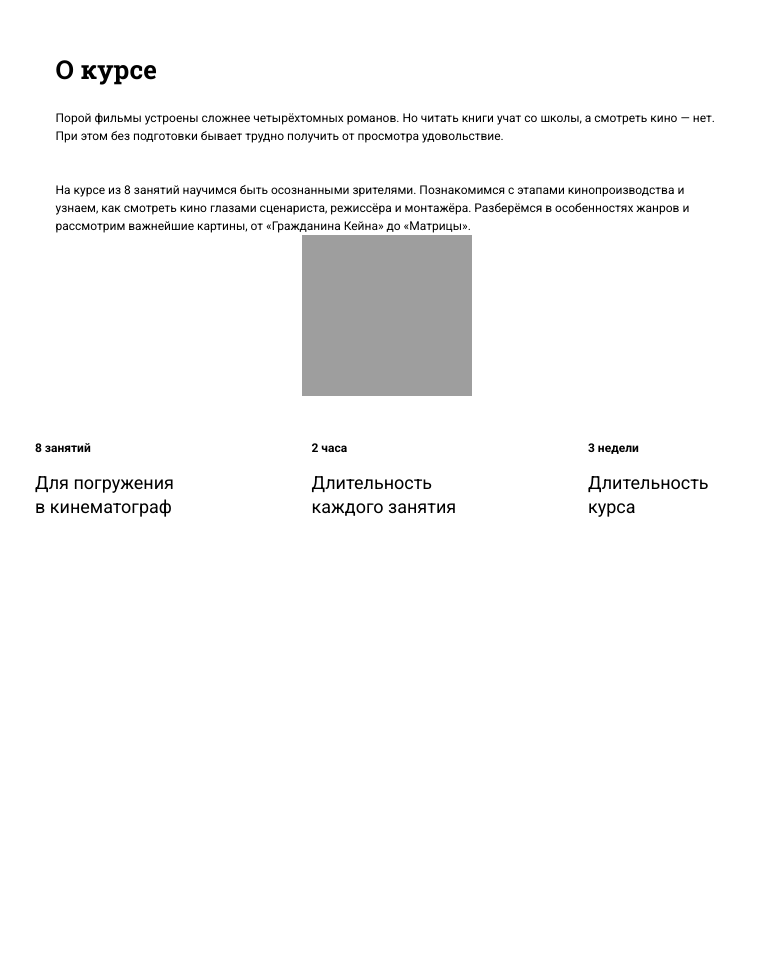
Repository: PoladEziz/Task1
Page: index.html
The author's editor kept a copy of each file at every save. The page is drawn from the files as they stood at one save, then again after the next save.
The browser window is 768 px wide. The pictures show the whole page.
Pictures or frames that could not be fetched are drawn as grey boxes.

Above is the page before, as saved 2023-04-27 17:59:37.

### index.html
<!DOCTYPE html>
<html lang="en">
  <head>
    <meta charset="UTF-8" />
    <meta http-equiv="X-UA-Compatible" content="IE=edge" />
    <meta name="viewport" content="width=device-width, initial-scale=1.0" />
    <title>adasdasd</title>
    <link rel="stylesheet" href="index.css" />
  </head>

  <body>
    <div class="main">
      <div class="box-1">
        <div class="text">
          <h1>О курсе</h1>
          <p>
            Порой фильмы устроены сложнее четырёхтомных романов. Но читать книги
            учат со школы, а смотреть кино — нет. При этом без подготовки бывает
            трудно получить от просмотра удовольствие.
          </p>
          <br /><br />
          <p>
            На курсе из 8 занятий научимся быть осознанными зрителями.
            Познакомимся с этапами кинопроизводства и узнаем, как смотреть кино
            глазами сценариста, режиссёра и монтажёра. Разберёмся в особенностях
            жанров и рассмотрим важнейшие картины, от «Гражданина Кейна» до
            «Матрицы».
          </p>
        </div>
        <img
          src="https://s3-alpha-sig.figma.com/img/700f/a5d1/2fd4df2196094d27a25913b781083a43?Expires=1683504000&Signature=nglUvN9s2lmPPVN48y2Y0hje6rv9y-ZxyaCjWLG59mlRSS4jV6APjJjE1Qh0lePMNSdZkIqa8URjv9tLS0Lq5V~crX~j24sP1NXhmgp5NbgOsASDAz1U-yw9i~DtPnMPsVhomOpRD4VaFzhZyLk58TE747Oawf0ABW3Jg~zbXi01XlO56aSapLV4uhmYaT85CgyWqLvtw4r0syRYYB1twfTpnKSh1dbF~vctb0WSBour2augwem0VxyoWGfCia1CoIaEwTU4tVdl7wlQQfpULuF-Uj0JU7QzuhyEJTpGdQN7Cr54sazzSv7ZZ4xmwi4MAeS3oUxEZLGARYXn0b7tuA__&Key-Pair-Id=APKAQ4GOSFWCVNEHN3O4"
          alt="Cameraman"
          width="314"
          height="315"
        />
      </div>

      <div class="box-2">
        <img
          src="https://s3-alpha-sig.figma.com/img/f1e5/6721/d2a2f70911544c4cdaee91da5d81cd91?Expires=1683504000&Signature=cmFTzs0jmfDBejlTfwePAFbhIv5YBv6W8UtUb586Cjhf1648GpiKKrpij3znsSTTSyxDMk5EwnsVbh1d7ZTJtFlG~IZ5Zri634KBfanQq41WzsAmoGy6VL3Y6go9IsF3bIoV6y-Woix3UPnsb0YfV19VM8oKhse5i~mL9kg9Qf6dtK0IN5c5XbxESaD4nOpGLSjHrzVdo0eyfacxJMC9DMd9yMPHxoJykCwa0NEizbalYLkAEQteNu8TvBAH4NbFUSr5Q1jf6fh5mqLWqtcaTMRds52UDj07mr1HciXfR8IKppwWn6xj2U1sx5TWYSe6bkBoVRhIQ4cABtwbKnlYHA__&Key-Pair-Id=APKAQ4GOSFWCVNEHN3O4"
          alt="Productor"
          width="232"
          height="203"
        />
        <ul>
          <li>
            <h3>8 занятий</h3>
            <p>Для погружения в кинематограф</p>
          </li>
          <li>
            <h3>2 часа</h3>
            <p>Длительность каждого занятия</p>
          </li>
          <li>
            <h3>3 недели</h3>
            <p>Длительность курса</p>
          </li>
        </ul>
      </div>
    </div>
  </body>
</html>

### index.css
@import url("https://fonts.googleapis.com/css2?family=Roboto+Slab:wght@700&family=Roboto:wght@400;500;700&display=swap");

* {
  margin: 0;
  padding: 0;
}

.main {
  height: 100vh;
  padding: 91px 150px 173px 124px;
  display: flex;
  flex-direction: column;
}

.text {
  width: 662px;
}

.text h1 {
  margin-bottom: 50px;
  font-family: "Roboto Slab";
  font-style: normal;
  font-weight: 700;
  font-size: 55px;
  line-height: 101.38%;
}

.text p {
  font-family: "Roboto";
  font-style: normal;
  font-weight: 400;
  font-size: 24px;
  line-height: 150%;
}

.box-1 {
  width: 100%;
  display: flex;
  justify-content: space-between;
  align-items: center;
}

.box-2 {
  width: 100%;
  margin-top: 94px;
  display: flex;
  justify-content: space-between;
  align-items: center;
}

.box-2 ul {
  width: 100%;
  display: flex;
  justify-content: space-between;
  margin-left: 132px;
}

.box-2 ul li {
  width: 150px;
  list-style-type: none;
  list-style: none;
}

.box-2 ul li h3 {
  margin-bottom: 15px;
  font-family: "Roboto";
  font-style: normal;
  font-weight: 700;
  font-size: 25px;
  line-height: 130%;
}

.box-2 ul li p {
  font-family: "Roboto";
  font-style: normal;
  font-weight: 400;
  font-size: 18px;
  line-height: 130%;
}

@media only screen and (max-width: 1024px) {
  /* tablet  */
  .main {
    padding: 56px 71px 180px 72px;
  }

  .box-1 img {
    width: 181.86px;
    height: 182.44px;
  }

  .box-1 h1 {
    font-size: 32px;
    margin-bottom: 36px;
  }

  .box-1 p {
    font-size: 14px;
  }

  .box-2 {
    margin-top: 56px;
  }

  .box-2 img {
    display: none;
  }

  .box-2 ul {
    margin-left: 0;
  }
}

@media only screen and (max-width: 768px) {
  /* mobile  */
  .main {
    padding: 56px 30px 124px 35px;
  }
  .box-1 {
    flex-direction: column;
  }
  .box-1 .text{
    width: ;
  }
  .box-1 img {
    width: 170px;
    height: 160.44px;
  }

  .box-1 h1 {
    font-size: 26px;
    margin-bottom: 27px;
  }

  .box-1 p {
    font-size: 12px;
  }

  .box-2 {
    margin-top: 45px;
    flex-wrap: wrap;
  }

  .box-2 img {
    display: none;
  }

  .box-2 ul {
    margin-left: 0;
    flex-wrap: wrap;
  }

  .box-2 ul li h3 {
    font-size: 12px;
  }
}

After the next save:
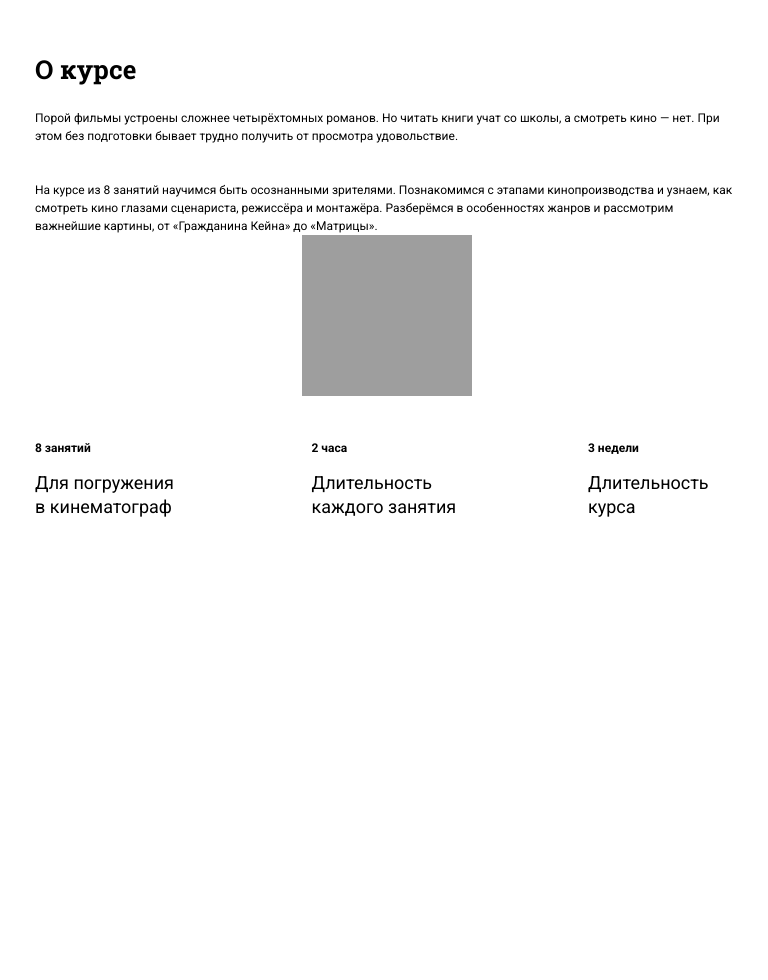
Saved 11 s later.
--- a/index.css
+++ b/index.css
@@ -120,7 +120,7 @@
     flex-direction: column;
   }
   .box-1 .text{
-    width: ;
+    width: 100%;
   }
   .box-1 img {
     width: 170px;
